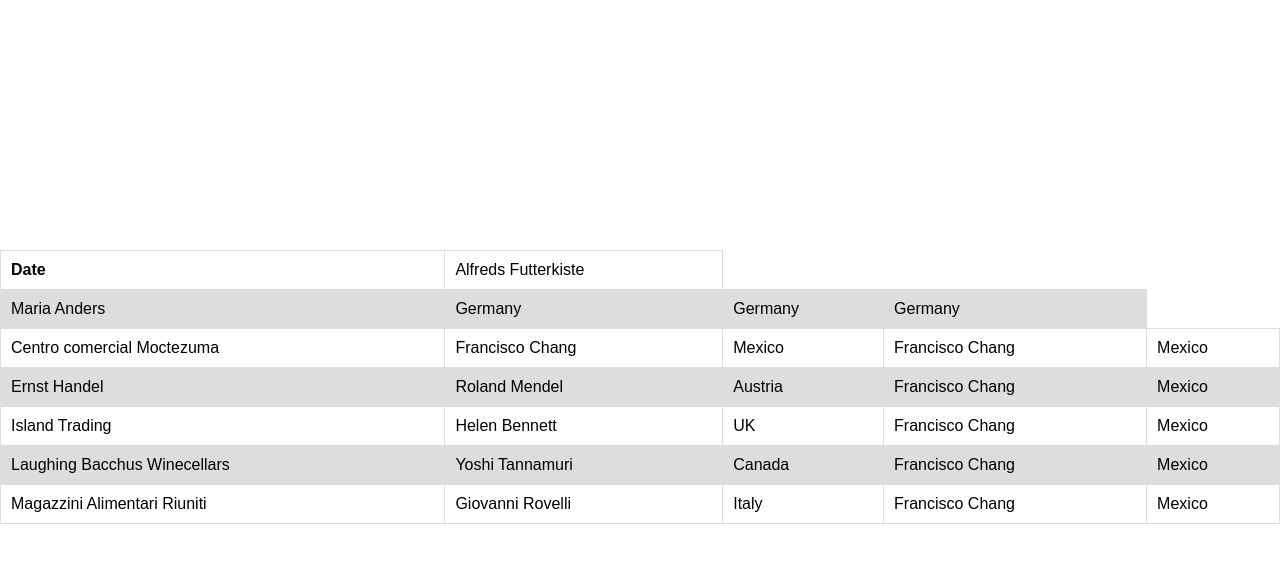
Repository: Seryozha02/ApiRequests
Page: index.html
An editor plug-in stored every save of this project. The page is shown before and after the next save, followed by the edit.
The browser window is 1280 px wide. The pictures show the whole page.

Above is the page before, as saved 2022-09-22 21:24:21.

### index.html
<!DOCTYPE html>
<html lang="en">
<head>
    <meta charset="UTF-8">
    <meta http-equiv="X-UA-Compatible" content="IE=edge">
    <meta name="viewport" content="width=device-width, initial-scale=1.0">
    <title>Request's</title>
    <link rel="stylesheet" href="style.css">
</head>
<body>
    <table class="requests">
        <tr>
          <th>Date</th>
          <td>Alfreds Futterkiste</td>

        </tr>
        <tr>
          <td>Maria Anders</td>
          <td>Germany</td>
          <td>Germany</td>
          <td>Germany</td>
        </tr>
        <tr>
          <td>Centro comercial Moctezuma</td>
          <td>Francisco Chang</td>
          <td>Mexico</td>
          <td>Francisco Chang</td>
          <td>Mexico</td>
        </tr>
        <tr>
          <td>Ernst Handel</td>
          <td>Roland Mendel</td>
          <td>Austria</td>
          <td>Francisco Chang</td>
          <td>Mexico</td>
        </tr>
        <tr>
          <td>Island Trading</td>
          <td>Helen Bennett</td>
          <td>UK</td>
          <td>Francisco Chang</td>
          <td>Mexico</td>
        </tr>
        <tr>
          <td>Laughing Bacchus Winecellars</td>
          <td>Yoshi Tannamuri</td>
          <td>Canada</td>
          <td>Francisco Chang</td>
          <td>Mexico</td>
        </tr>
        <tr>
          <td>Magazzini Alimentari Riuniti</td>
          <td>Giovanni Rovelli</td>
          <td>Italy</td>
          <td>Francisco Chang</td>
          <td>Mexico</td>
        </tr>
      </table>
</body>
<script src="script.js"></script>
</html>

### style.css
* {
        margin: 0;
        padding: 0;
        box-sizing: border-box;
}

.requests {
    font-family: arial, sans-serif;
    border-collapse: collapse;
    width: 100%;
    margin-top: 250px;
  }

  td, th {
    border: 1px solid #dddddd;
    text-align: left;
    padding: 10px;

  }

  tr:nth-child(even) {
    background-color: #dddddd;
  }

Loaded but not shown: script.js (no copy from this time; the picture is the same without it)

After the next save:
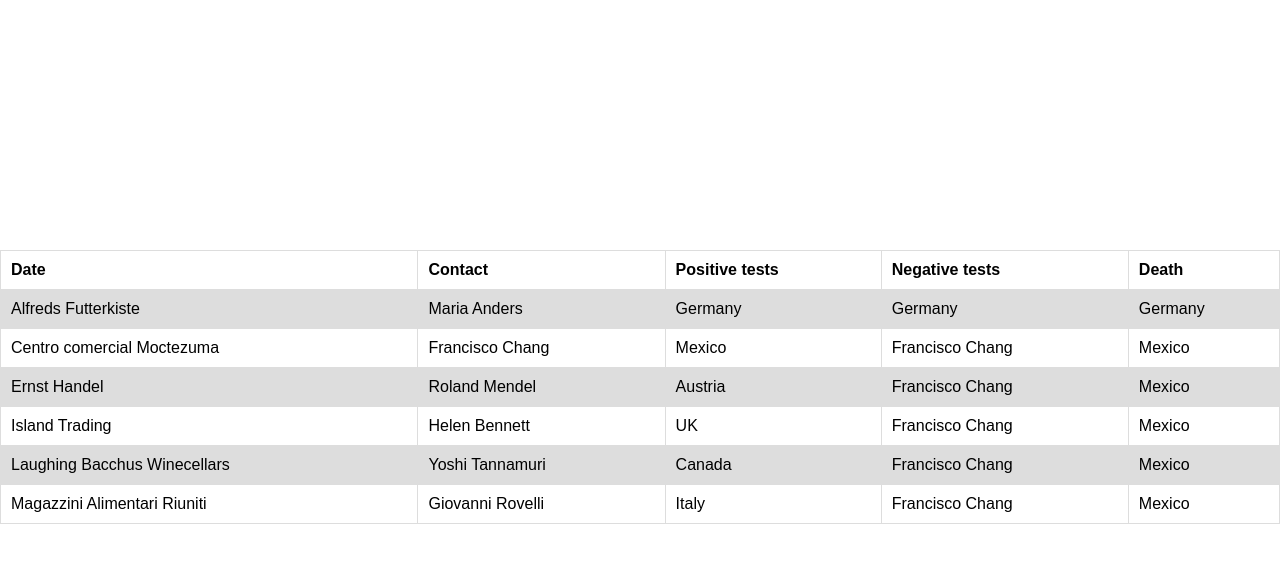
Saved 5 s later.
--- a/index.html
+++ b/index.html
@@ -11,10 +11,13 @@
     <table class="requests">
         <tr>
           <th>Date</th>
-          <td>Alfreds Futterkiste</td>
-
+          <th>Contact</th>
+          <th>Positive tests</th>
+          <th>Negative tests</th>
+          <th>Death</th>
         </tr>
         <tr>
+          <td>Alfreds Futterkiste</td>
           <td>Maria Anders</td>
           <td>Germany</td>
           <td>Germany</td>
